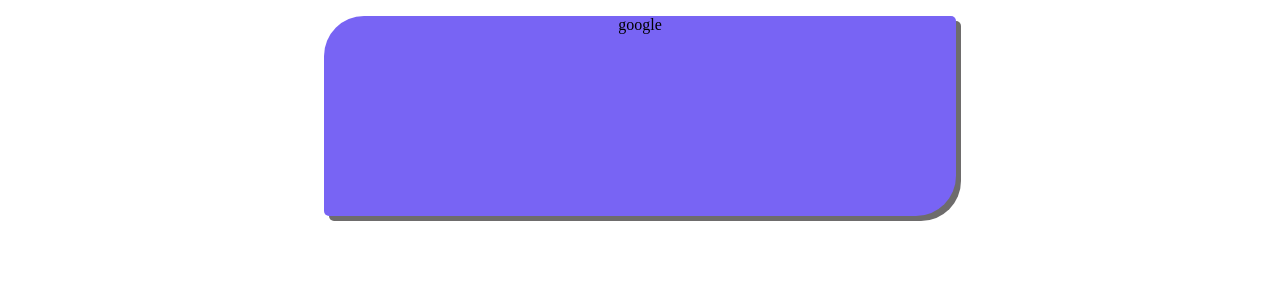
Repository: Aakarshit-Sharma19/Basic-HTML-and-CSS-Page-
Page: index.html
An editor plug-in stored every save of this project. The page is shown before and after the next save, followed by the edit.
The browser window is 1280 px wide. The pictures show the whole page.

Above is the page before, as saved 2020-11-08 10:59:59.

### index.html
<!DOCTYPE html>
<html lang="en">

<head>
    <meta charset="UTF-8">
    <meta name="viewport" content="width=device-width, initial-scale=1.0">
    <title>Document</title>
    <style>
        .shape {
            margin: auto;
            text-align: center;
            width: 50%;
            height: 200px;
            background: #7864F4;
            border-radius: 40px 5px 40px 5px;
            box-shadow: 5px 5px #6e6c6c;
        }
    </style>
</head>
<header>
</header>

<body>
    <div class="shape" onclick="alert('hi')">
        <p class="shape_text">google</p>
    </div>
</body>

</html>

After the next save:
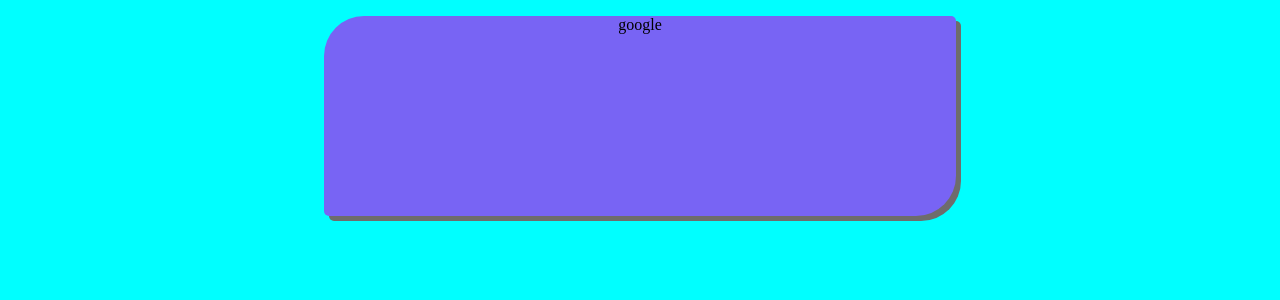
Saved 53 s later.
--- a/index.html
+++ b/index.html
@@ -6,6 +6,9 @@
     <meta name="viewport" content="width=device-width, initial-scale=1.0">
     <title>Document</title>
     <style>
+        html {
+            background-color: aqua;
+        }
         .shape {
             margin: auto;
             text-align: center;
